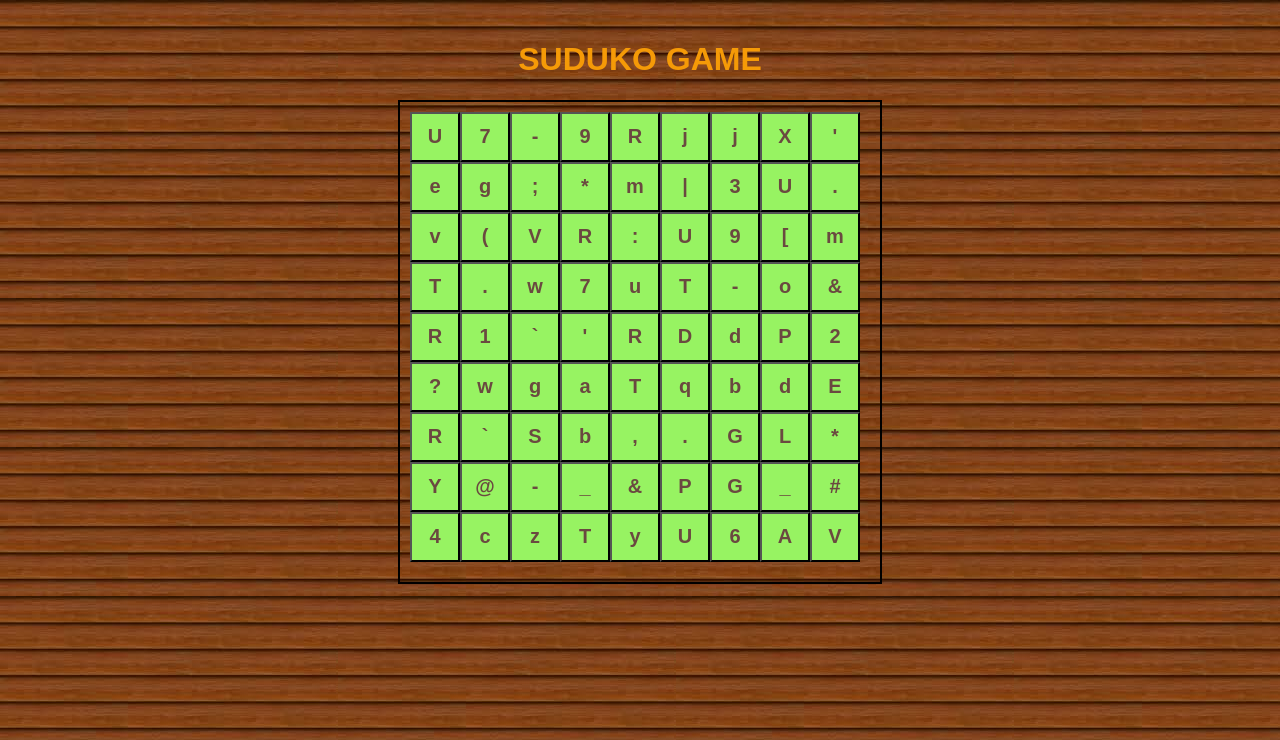
Repository: ahmad8969/Suduko-Game-React-App
Page: /
The author's editor kept a copy of each file at every save. The page is drawn from the files as they stood at one save, then again after the next save.
The browser window is 1280 px wide. The pictures show the whole page.
Some web fonts or font styles are not loaded; a fallback is used. The project was rebuilt for these pictures with package versions that can differ from the ones it lists, and the page was loaded fresh each time.

Above is the page before, as saved 2021-03-11 15:32:27.

After the next save:
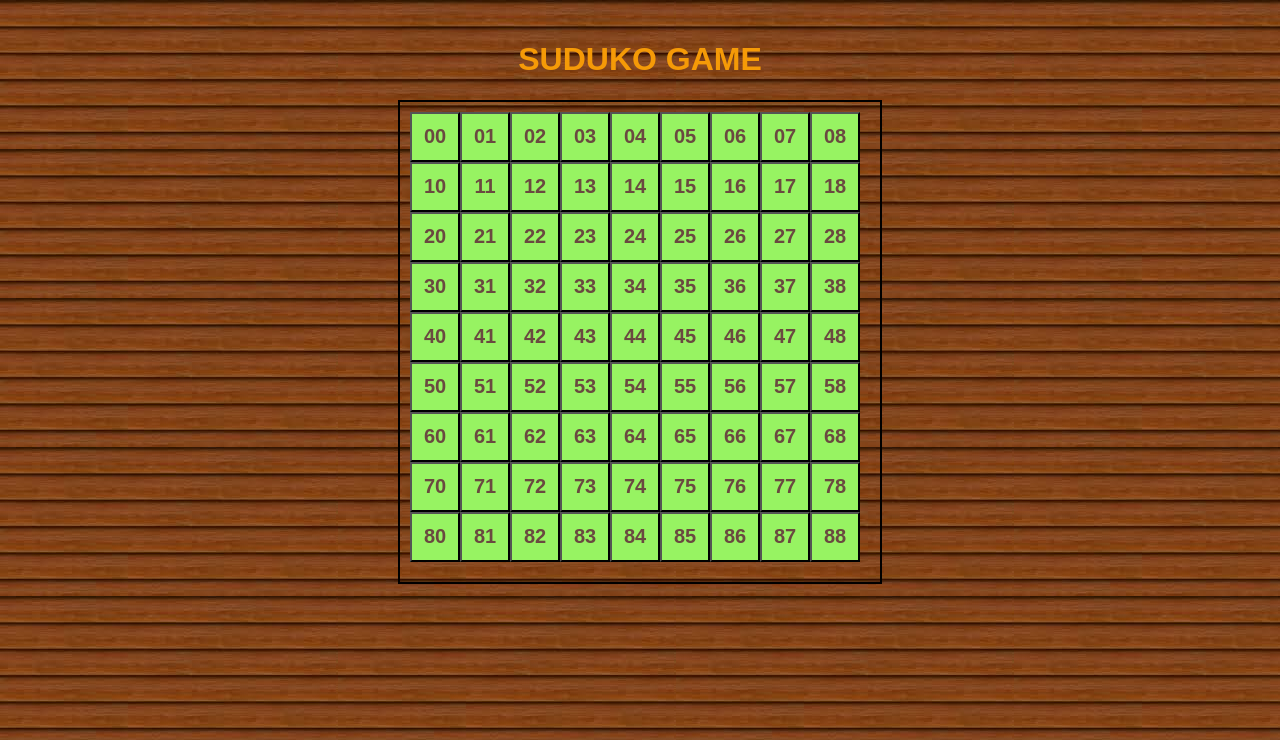
Saved 4 min 32 s later.
--- a/src/components/block.js
+++ b/src/components/block.js
@@ -60,7 +60,7 @@ const Block = ({rowId,colId,keys,click,isclick})=>{
 
 return(
     <div className="button_block">
-    <button id={keys} onClick={(e)=>{setIsClicked(isclick);click(keys, rowId, colId,isClicked)}} value={value}> {value}</button>
+    <button id={keys} onClick={(e)=>{setIsClicked(isclick);click(keys, rowId, colId,isClicked)}} value={value}> {keys}</button>
     </div>
 
 )
